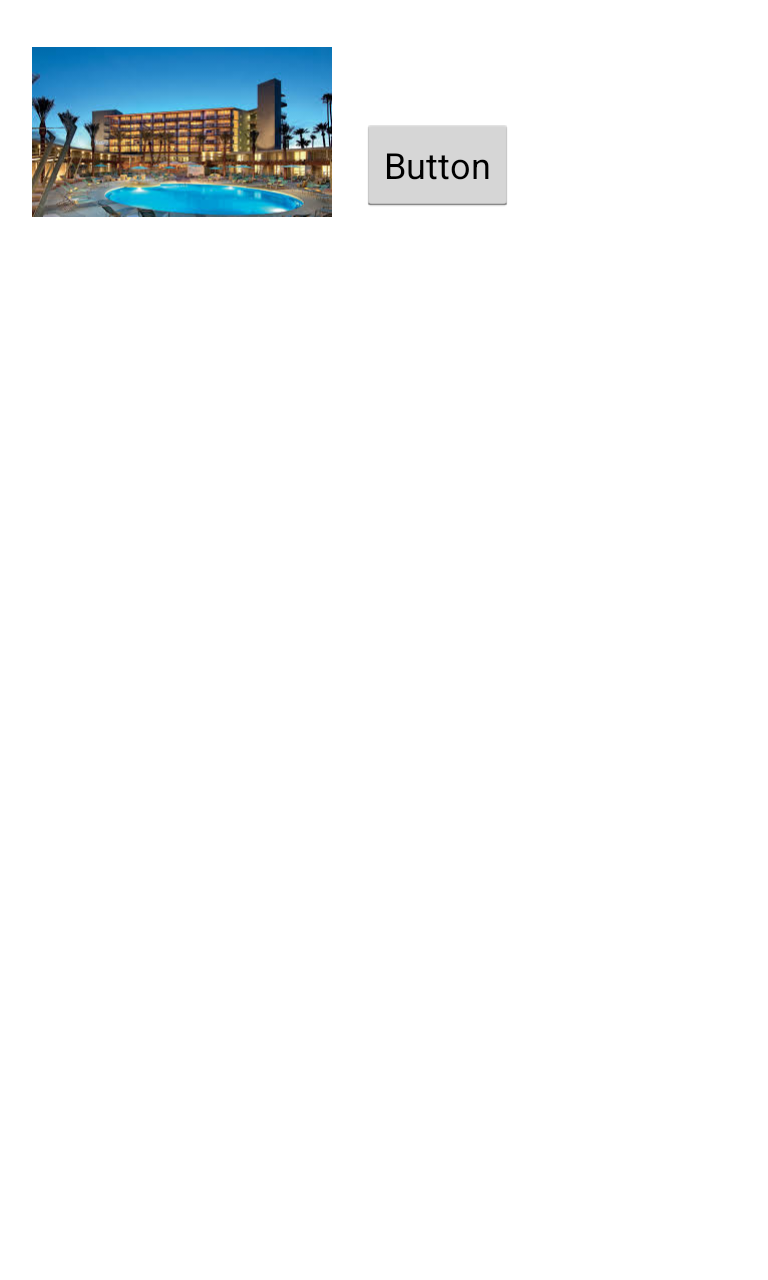
Repository: alyssialui/NCMS
Layout: CodeSprint/HotelLocator/res/layout/activity_featured.xml
The author's editor kept a copy of each file at every save. The layout is drawn from the files as they stood at one save, then again after a run of saves.
It is drawn on a 768 x 1280 px phone screen (xhdpi) without system bars, with theme AppTheme; the app's code is not run. Lists and similar views that code fills are empty.

Above is the layout before, as saved 2013-04-07 21:43:07.

### CodeSprint/HotelLocator/res/layout/activity_featured.xml
<RelativeLayout xmlns:android="http://schemas.android.com/apk/res/android"
    xmlns:tools="http://schemas.android.com/tools"
    android:layout_width="match_parent"
    android:layout_height="match_parent"
    android:paddingBottom="@dimen/activity_vertical_margin"
    android:paddingLeft="@dimen/activity_horizontal_margin"
    android:paddingRight="@dimen/activity_horizontal_margin"
    android:paddingTop="@dimen/activity_vertical_margin"
    tools:context=".FeaturedActivity" >

    <TextView
        android:id="@+id/hotelName"
        android:layout_width="wrap_content"
        android:layout_height="wrap_content"
        android:layout_alignParentTop="true"
        android:layout_centerHorizontal="true"
        android:textAppearance="?android:attr/textAppearanceLarge" />

    <ImageView
        android:id="@+id/imageView1"
        android:layout_width="150dp"
        android:layout_height="100dp"
        android:layout_alignParentLeft="true"
        android:layout_below="@+id/textView1"
        android:src="@drawable/images" />

    <TextView
        android:id="@+id/hotelDescription"
        android:layout_width="wrap_content"
        android:layout_height="wrap_content"
        android:layout_alignTop="@+id/imageView1"
        android:layout_marginLeft="14dp"
        android:layout_marginTop="18dp"
        android:layout_toRightOf="@+id/imageView1"
        android:textAppearance="?android:attr/textAppearanceMedium" />

    <ListView
        android:id="@+id/listView1"
        android:layout_width="match_parent"
        android:layout_height="286dp"
        android:layout_alignLeft="@+id/imageView1"
        android:layout_alignParentBottom="true" >
    </ListView>

    <Button
        android:id="@+id/button1"
        android:layout_width="wrap_content"
        android:layout_height="wrap_content"
        android:layout_alignLeft="@+id/hotelDescription"
        android:layout_toRightOf="@+id/imageView1"
        android:layout_below="@+id/hotelDescription"
        android:text="Button" />

</RelativeLayout>

Loaded but not shown: CodeSprint/HotelLocator/res/values/styles.xml (common file); CodeSprint/HotelLocator/res/values-v11/styles.xml (common file); CodeSprint/HotelLocator/res/values-v14/styles.xml (common file); CodeSprint/HotelLocator/res/values/dimens.xml (common file)

After the next 2 saves:
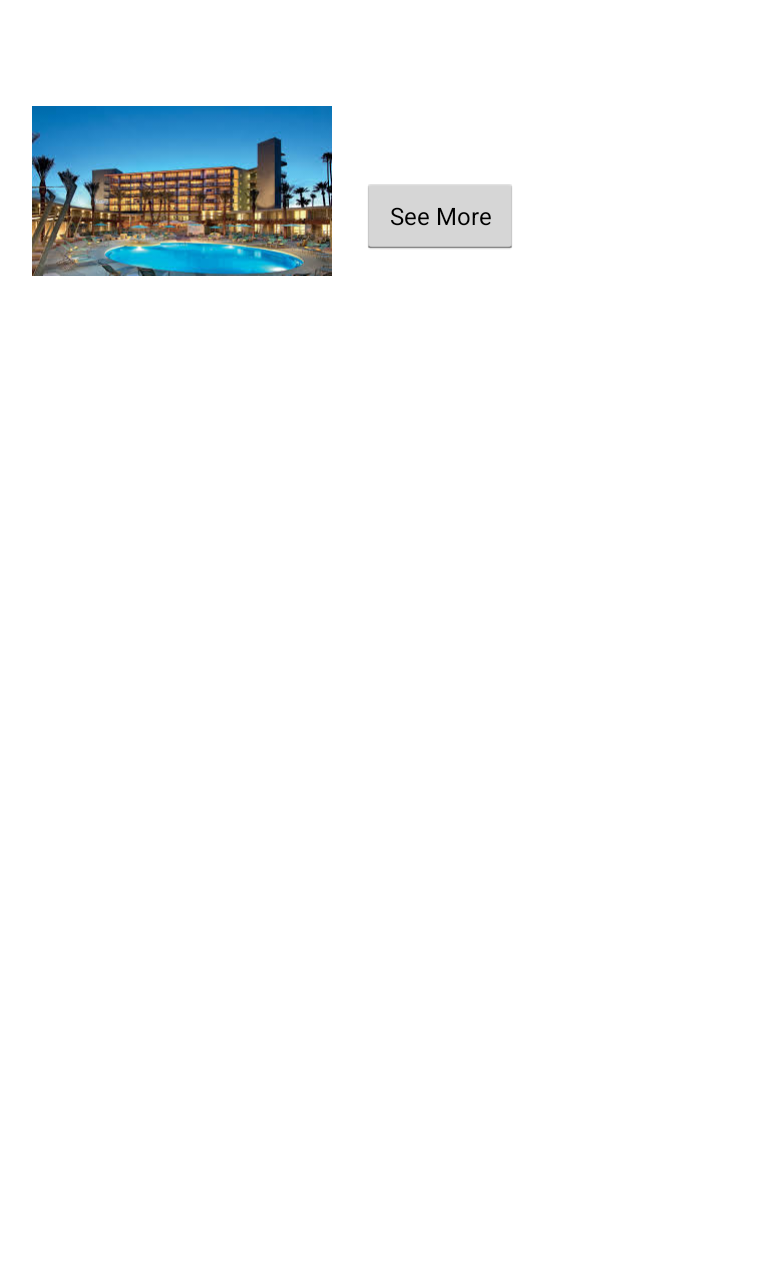
The 2 saves are shown as one change because 1 did not build or start.
The last was saved 6 min 6 s later.
--- a/CodeSprint/HotelLocator/res/layout/activity_featured.xml
+++ b/CodeSprint/HotelLocator/res/layout/activity_featured.xml
@@ -21,7 +21,7 @@
         android:layout_width="150dp"
         android:layout_height="100dp"
         android:layout_alignParentLeft="true"
-        android:layout_below="@+id/textView1"
+        android:layout_below="@+id/hotelName"
         android:src="@drawable/images" />
 
     <TextView
@@ -44,11 +44,12 @@
 
     <Button
         android:id="@+id/button1"
-        android:layout_width="wrap_content"
-        android:layout_height="wrap_content"
+        android:layout_width="80dp"
+        android:layout_height="40dp"
+        android:textSize="12sp"
         android:layout_alignLeft="@+id/hotelDescription"
         android:layout_toRightOf="@+id/imageView1"
         android:layout_below="@+id/hotelDescription"
-        android:text="Button" />
+        android:text="See More" />
 
 </RelativeLayout>
